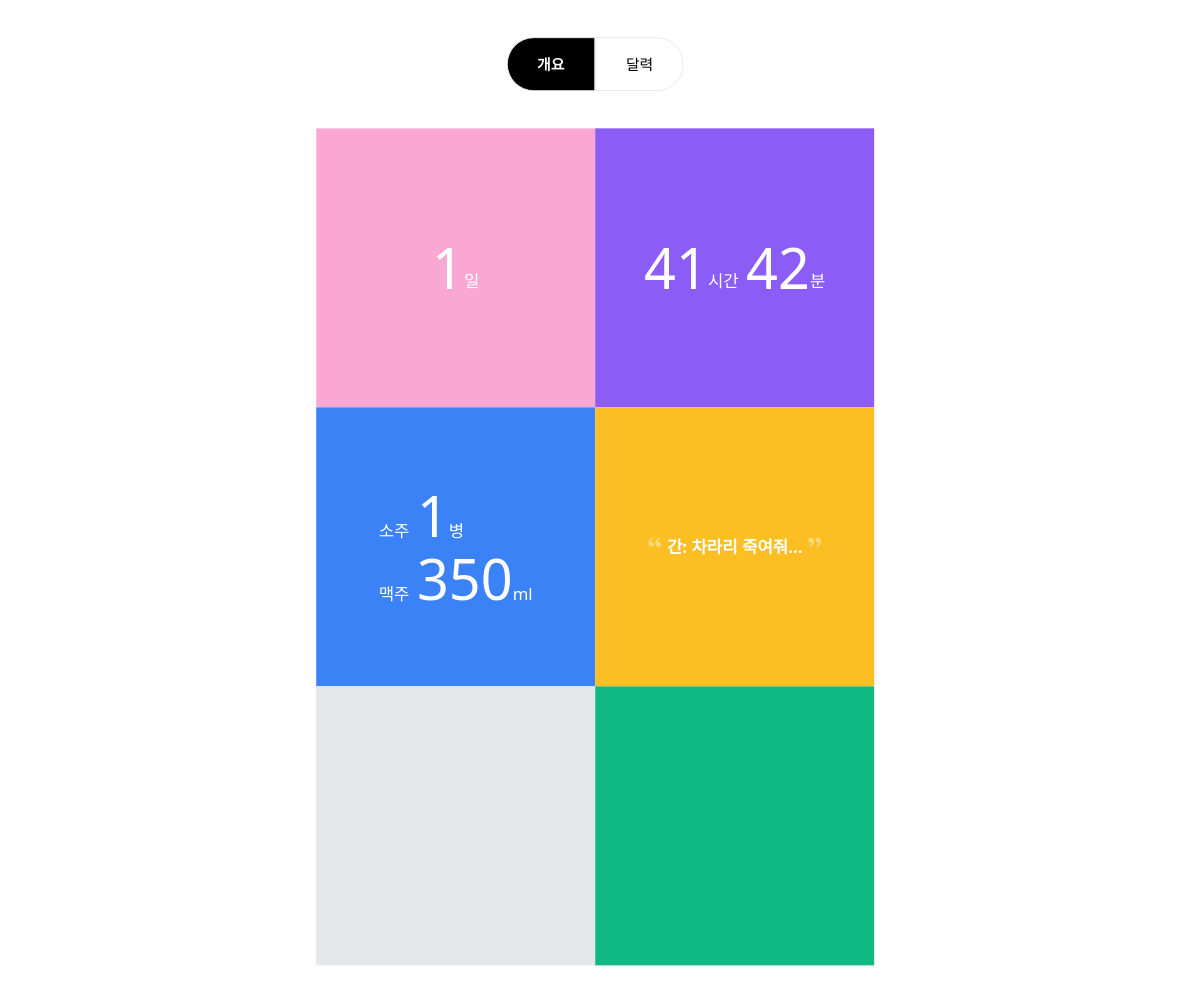
Repository: honey-punch/my-alcohol
Page: /
An editor plug-in stored every save of this project. The page is shown before and after the next save, followed by the edit.
The browser window is 1280 px wide. The pictures show the whole page, at 93% of full size.
The project was rebuilt for these pictures with package versions that can differ from the ones it lists, and the page was loaded fresh each time. The framework's server and built-in components were replaced by stand-ins that run in the browser. Also part of the build but not shown: next.config.ts, src/app/_component/Calendar.tsx.

Above is the page before, as saved 2025-02-10 16:27:06.

### src/app/page.tsx
"use client";

import { useState } from "react";
import Summary from "./_component/Summary";
import Calendar from "./_component/Calendar";

type ViewType = "summary" | "calendar";

export default function Home() {
  // useState
  const [viewType, setViewType] = useState<ViewType>("summary");

  // functions
  function handleChangeViewType() {
    if (viewType === "summary") {
      setViewType("calendar");
    } else {
      setViewType("summary");
    }
  }

  return (
    <div className="w-full flex flex-col items-center p-10 gap-10">
      <div onClick={handleChangeViewType} className="flex">
        <button
          className={`${
            viewType === "summary"
              ? "bg-black text-white font-black"
              : "hover:bg-black/20"
          } rounded-s-full border px-8 py-4 transition-colors`}
        >
          개요
        </button>
        <button
          className={`${
            viewType === "calendar"
              ? "bg-black text-white font-black"
              : "hover:bg-black/20"
          } rounded-e-full border px-8 py-4 transition-colors`}
        >
          달력
        </button>
      </div>
      {viewType === "summary" ? <Summary /> : <Calendar />}
    </div>
  );
}

### src/app/_component/Summary.tsx
import { RiDoubleQuotesL } from "react-icons/ri";
import { RiDoubleQuotesR } from "react-icons/ri";

const BOX_SIZE = 300;

export default function Summary() {
  const today = new Date();

  // TODO - DB에서 받아온 술마신 날들 중 가장 마지막 날
  const lastDay = new Date("2025-02-08T22:00:00");

  // 1, 2번 박스
  const diffMs = Math.abs(today.getTime() - lastDay.getTime());
  const diffDay = Math.floor(diffMs / (1000 * 60 * 60 * 24));
  const diffHour = Math.floor(diffMs / (1000 * 60 * 60));
  const diffMin = Math.floor((diffMs % (1000 * 60 * 60)) / (1000 * 60));
  const diffTime = { diffHour, diffMin };

  // 3번 박스
  // TODO - DB에서 받아와서 계산할 평균 용량
  const ex = {
    // 병단위
    soju: 1,
    // cc단위
    beer: 350,
  };

  // 4번 박스
  // TODO - DB에 저장해볼까
  const wiseSaying = [
    "내가 또 술을 마시면 개다.",
    "간한테 미안하지도 않냐?",
    "간: 차라리 죽여줘...",
    "술마시면 하루가 날라간다.",
    "안마셔도 생각보다 괜찮다.",
    "마시고 후회할꺼 왜마시냐?",
  ];
  const randomWiseSaying =
    wiseSaying[Math.floor(Math.random() * wiseSaying.length)];

  return (
    <div className="grid grid-cols-2 text-lg">
      {/* 1번 박스 - 일수 */}
      <div
        style={{ width: `${BOX_SIZE}px`, height: BOX_SIZE }}
        className="bg-pink-300 text-white flex justify-center items-center"
      >
        <span className="text-6xl">{diffDay}</span>
        <span className="mt-7">일</span>
      </div>

      {/* 2번 박스 - 시간 */}
      <div
        style={{ width: `${BOX_SIZE}px`, height: BOX_SIZE }}
        className="bg-violet-500 text-white flex justify-center items-center"
      >
        <span className="text-6xl">{diffTime.diffHour}</span>
        <span className="mt-7 mr-2">시간</span>
        <span className="text-6xl">{diffTime.diffMin}</span>
        <span className="mt-7">분</span>
      </div>

      {/* 3번 박스 - 평균 주량 */}
      <div
        style={{ width: `${BOX_SIZE}px`, height: BOX_SIZE }}
        className="bg-blue-500 text-white flex justify-center items-center"
      >
        <div className="flex flex-col gap-2">
          <div>
            <span className="mt-7 mr-2">소주</span>
            <span className="text-6xl">{ex.soju}</span>
            <span className="mt-7">병</span>
          </div>
          <div>
            <span className="mt-7 mr-2">맥주</span>
            <span className="text-6xl">{ex.beer}</span>
            <span className="mt-7">ml</span>
          </div>
        </div>
      </div>

      {/* 4번 박스 - 명언(같은 개소리) */}
      <div
        style={{ width: `${BOX_SIZE}px`, height: BOX_SIZE }}
        className="bg-amber-400 text-white flex justify-center items-center"
      >
        <div className="flex font-semibold gap-1">
          <RiDoubleQuotesL className="opacity-40" />
          {randomWiseSaying}
          <RiDoubleQuotesR className="opacity-40" />
        </div>
      </div>

      {/* 5번 박스 - 왜하냐(본인이 설정하는 동기부여) */}
      <div
        style={{ width: `${BOX_SIZE}px`, height: BOX_SIZE }}
        className="bg-gray-200 text-white flex justify-center items-center"
      ></div>

      {/* 6번 박스 - 1번 박스 * 3번 박스 * 술값으로 얼마 아꼈는지 */}
      <div
        style={{ width: `${BOX_SIZE}px`, height: BOX_SIZE }}
        className="bg-emerald-500 text-white flex justify-center items-center"
      ></div>
    </div>
  );
}

Loaded but not shown: src/app/layout.tsx (common file); src/app/globals.css (common file); tailwind.config.ts (common file)

After the next save:
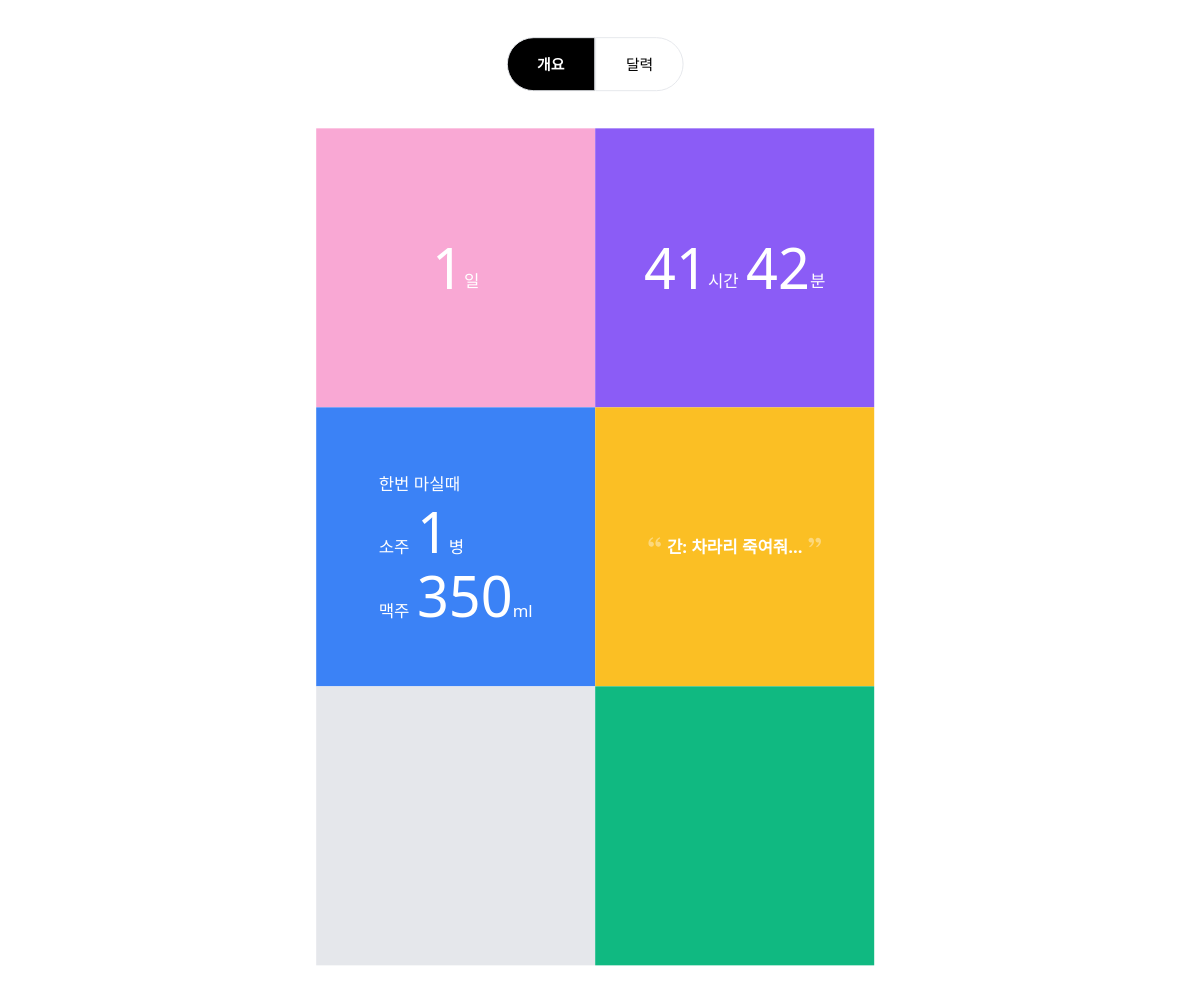
Saved 80 s later.
--- a/src/app/_component/Summary.tsx
+++ b/src/app/_component/Summary.tsx
@@ -66,6 +66,7 @@ export default function Summary() {
         className="bg-blue-500 text-white flex justify-center items-center"
       >
         <div className="flex flex-col gap-2">
+          <div>한번 마실때</div>
           <div>
             <span className="mt-7 mr-2">소주</span>
             <span className="text-6xl">{ex.soju}</span>
